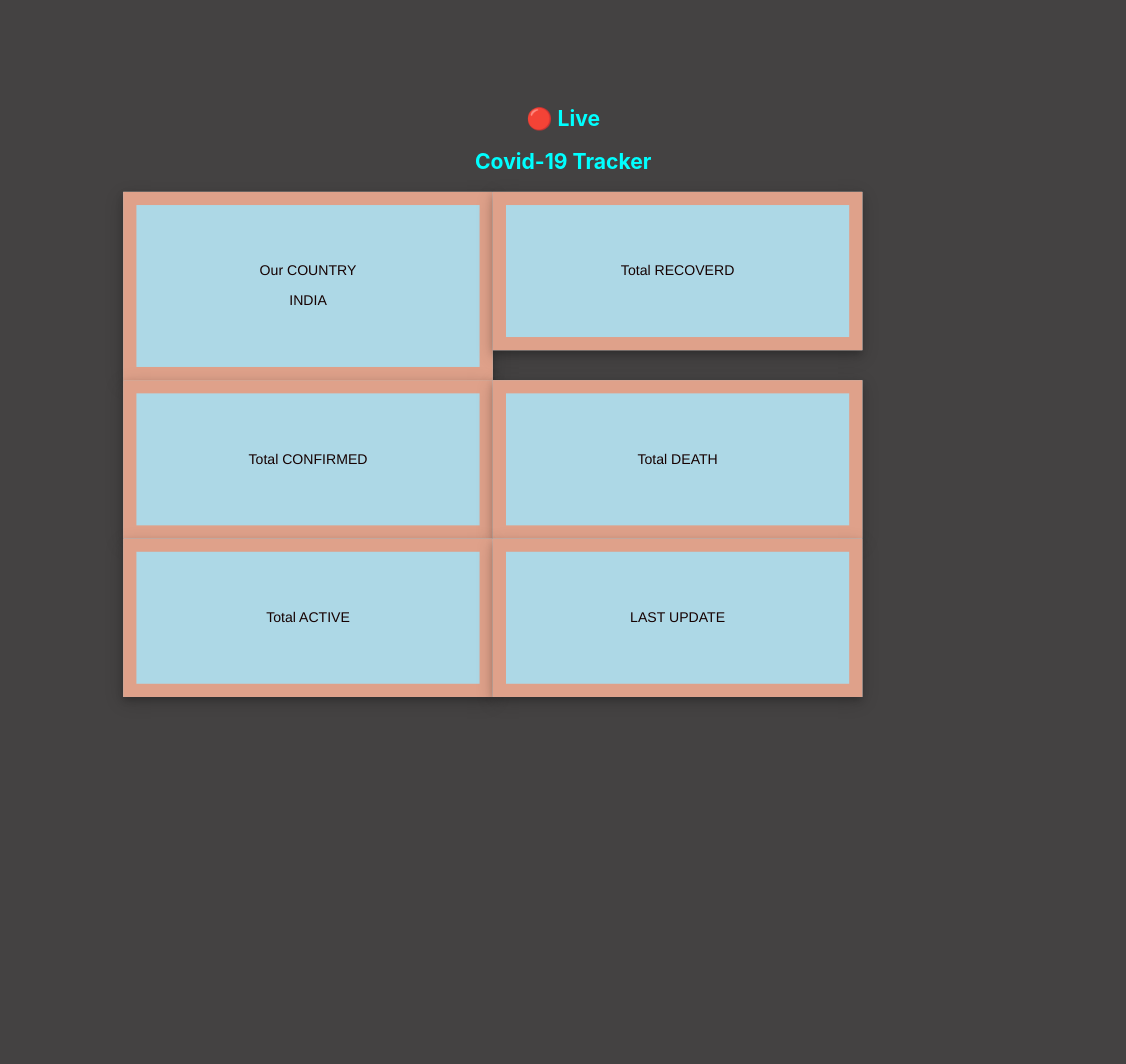
Repository: Aniketlamage/covid19-dashboard
Page: /
These files come from the project's save history. The page is drawn as it stood at one moment and after the next save; the edit follows.
The browser window is 1280 px wide. The pictures show the whole page, at 88% of full size.
The page's requests for data from a server got no answer. The project was rebuilt for these pictures with package versions that can differ from the ones it lists, and the page was loaded fresh each time. No one was signed in, and anything a server would have sent is missing.

Above is the page before, as saved 2021-09-30 17:06:14.

### src/App.js
import React from 'react'
import Covid from './components/covid';
const App = () => {
return(
<>
<Covid />
</>
)
}

export default App;

### src/components/covid.js
import React, { useEffect, useState } from 'react'
import "./covid.css"

const Covid = () => {
    const [data, setData] =  useState([]);
    const getCovidData = async () =>{
        try{
            const res = await fetch('https://data.covid19india.org/data.json')
            const actualData = await res.json();
            console.log(actualData.statewise[0]);
            setData(actualData.statewise[0]);
           }
        catch(err){console.log(err);}
    }

    useEffect(() => {
        getCovidData ();
    }, []);
return(

<>
<section>

    <h1>🔴 Live </h1>
    <h2>Covid-19 Tracker</h2>

<ul>
    <li className = "card">
        <div className ="card__main">
            <div className ="card__inner">
                <p className="card__name"><span> Our </span> COUNTRY </p>
                <p classname="card__total card__small">INDIA</p>
            </div>
        </div>
    </li>
    <li className = "card">
        <div className ="card__main">
            <div className ="card__inner">
                <p className="card__name"><span> Total </span> RECOVERD </p>
                <p classname="card__total card__small">{data.recovered}</p>
            </div>
        </div>
    </li><li className = "card">
        <div className ="card__main">
            <div className ="card__inner">
                <p className="card__name"><span> Total </span> CONFIRMED </p>
                <p classname="card__total card__small">{data.confirmed}</p>
            </div>
        </div>
    </li><li className = "card">
        <div className ="card__main">
            <div className ="card__inner">
                <p className="card__name"><span> Total </span> DEATH </p>
                <p classname="card__total card__small">{data.deaths}</p>
            </div>
        </div>
    </li><li className = "card">
        <div className ="card__main">
            <div className ="card__inner">
                <p className="card__name"><span> Total </span> ACTIVE </p>
                <p classname="card__total card__small">{data.active}</p>
            </div>
        </div>
    </li><li className = "card">
        <div className ="card__main">
            <div className ="card__inner">
                <p className="card__name"><span> LAST </span> UPDATE </p>
                <p classname="card__total card__small">{ data.lastupdatedtime}</p>
            </div>
        </div>
    </li>
</ul>
</section>
</>

)

}
export default Covid;

### src/components/covid.css

/*  Basic Styling */
.main,body {
    background-color: rgb(68, 66, 66);
    padding: 100px;
    text-align: center;
    min-height: 100ch;
    align-items: center;

}

h1,h2{

    color: aqua;
}

p {
    color: rgb(22, 2, 2);
    font-family: 'Franklin Gothic Medium', 'Arial Narrow', Arial, sans-serif;
}

ul{
    list-style-type:none;
    display: flex;
    flex-wrap: wrap;
}
div.card__main {
    background-color: lightblue;
    width: 290px;
    padding: 50px;
    margin: 0;
    align-items: center;
    box-shadow: 0 4px 8px 0 rgba(0, 0, 0, 0.2), 0 6px 20px 0 rgba(0, 0, 0, 0.19);
    border: 15px solid coral;
    animation: border 5s infinite;

  }
  @keyframes border {
    50% {border-color: lightblue;}
  }

.card_main {
    height: 150px;
    width: 400px;
    margin: 25px;
    align-items: center;
    background-color: lightblue;
}

.card_name{
    font-size: 25px;
    font-weight: bold;
}

.card_name span {
    font-size: 15px;
}

.card_total {
    font-size: 20px;
    font-weight: bold;

}
.card__small {
    font-size: 80px;
}
@media (max-width: 500px)
{
    .card_total{font-size: 70px;}
}
@media (max-width: 500px)
{
    .card{
        width: 100%;
        height: 290px;
        margin-right: 0;
        float: none;
    }
    .card .card__inner,
    .card .card__back{
        height: 290px;
    }
}

.card {
    transition: transform .3s;
  }

  .card :hover {
    transition: transform .3s;
    -ms-transform: scale(1.2);
    -webkit-transform: scale(1.2);
    transform: scale(1.2);
  }

Loaded but not shown: public/index.html (common file); src/index.js (common file); src/index.css (common file); src/reportWebVitals.js (common file)

After the next save:
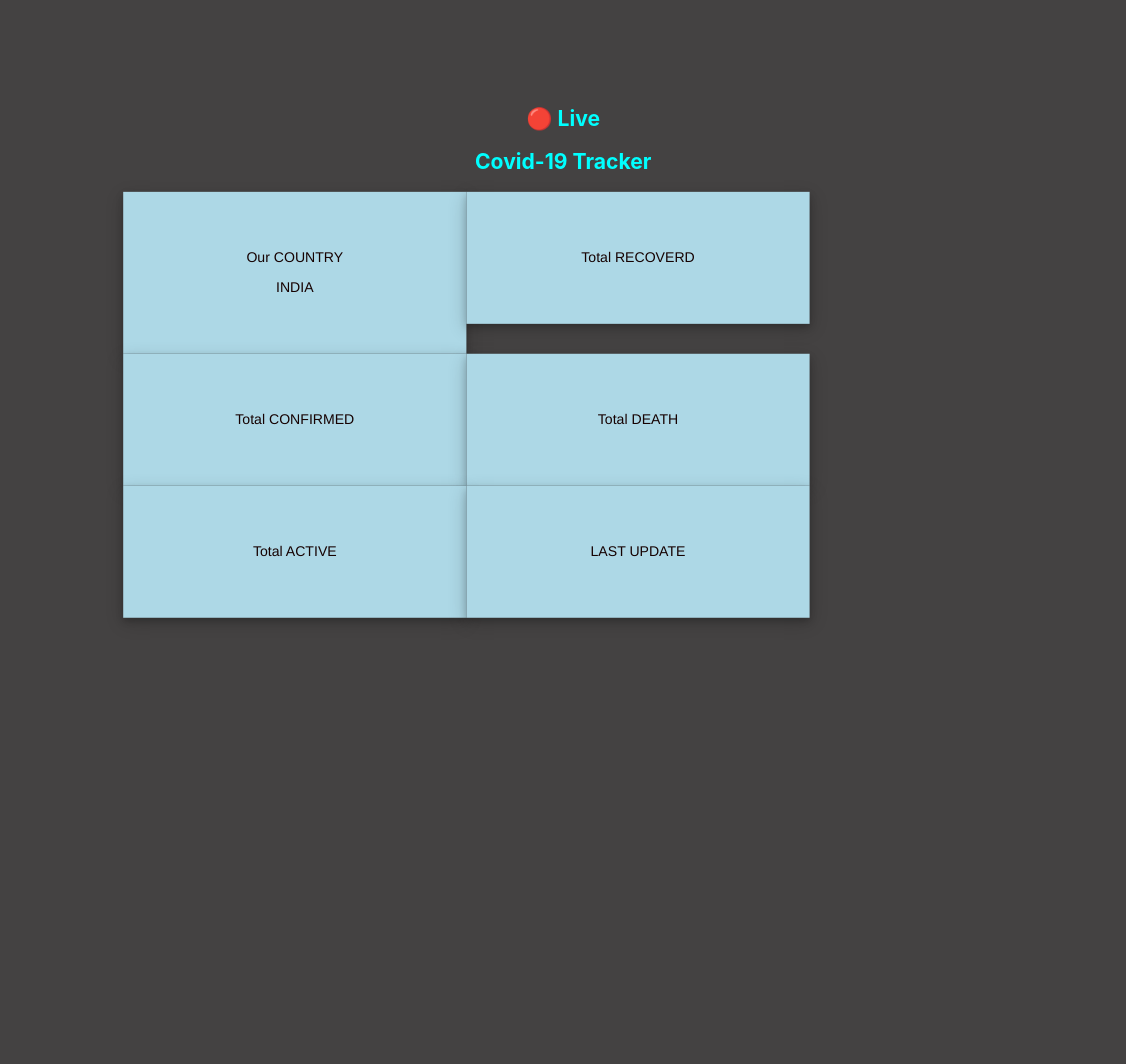
Saved 21 s later.
--- a/src/components/covid.css
+++ b/src/components/covid.css
@@ -31,13 +31,7 @@ div.card__main {
     margin: 0;
     align-items: center;
     box-shadow: 0 4px 8px 0 rgba(0, 0, 0, 0.2), 0 6px 20px 0 rgba(0, 0, 0, 0.19);
-    border: 15px solid coral;
-    animation: border 5s infinite;
-
-  }
-  @keyframes border {
-    50% {border-color: lightblue;}
-  }
+ }
 
 .card_main {
     height: 150px;
